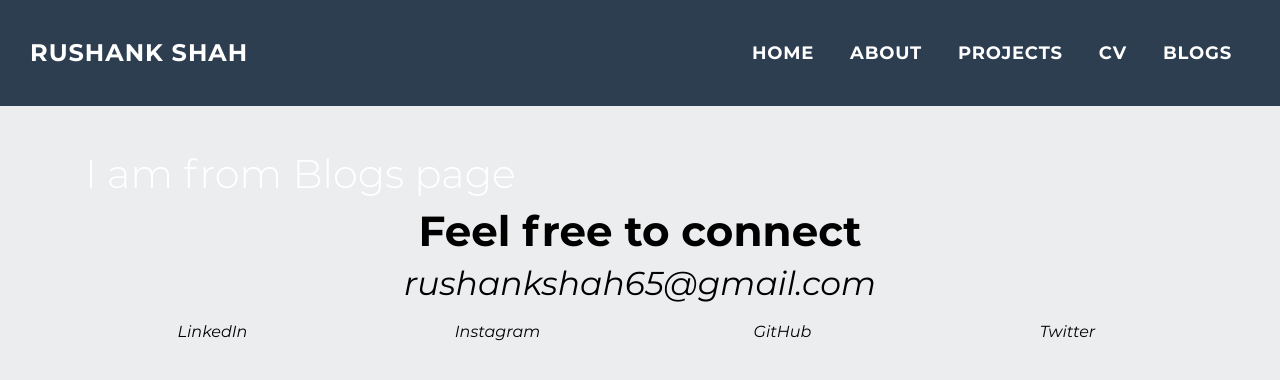
Repository: rushankshah/rushank-shah
Page: /blogs
The author's editor kept a copy of each file at every save. The page is drawn from the files as they stood at one save, then again after the next save.
The browser window is 1280 px wide. The pictures show the whole page.
The project was rebuilt for these pictures with package versions that can differ from the ones it lists, and the page was loaded fresh each time. The framework's server and built-in components were replaced by stand-ins that run in the browser. Also part of the build but not shown: next.config.js.

Above is the page before, as saved 2020-12-03 01:58:22.

After the next save:
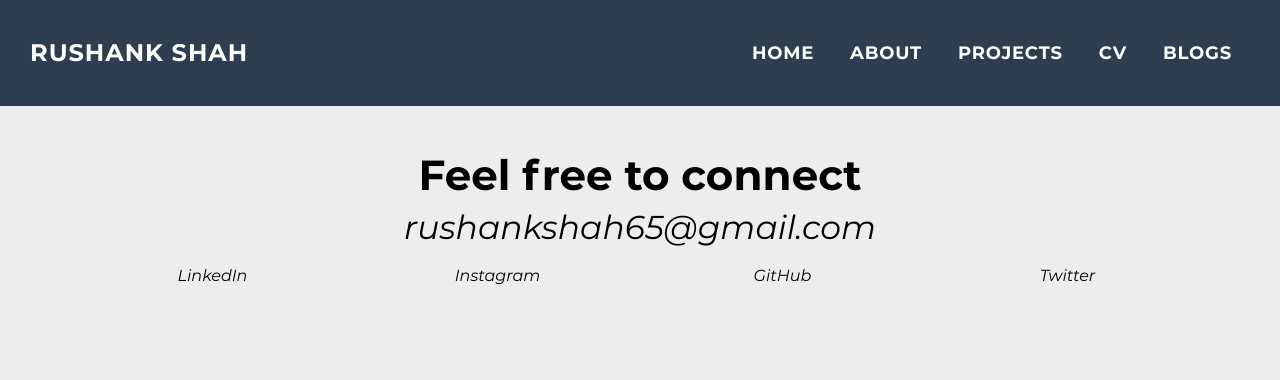
Saved 106 s later.
--- a/pages/blogs.js
+++ b/pages/blogs.js
@@ -6,7 +6,6 @@
     return (
         <BaseLayout>
             <BasePage className='about-page'>
-                <h1>I am from Blogs page</h1>
             </BasePage>
         </BaseLayout>
     )
